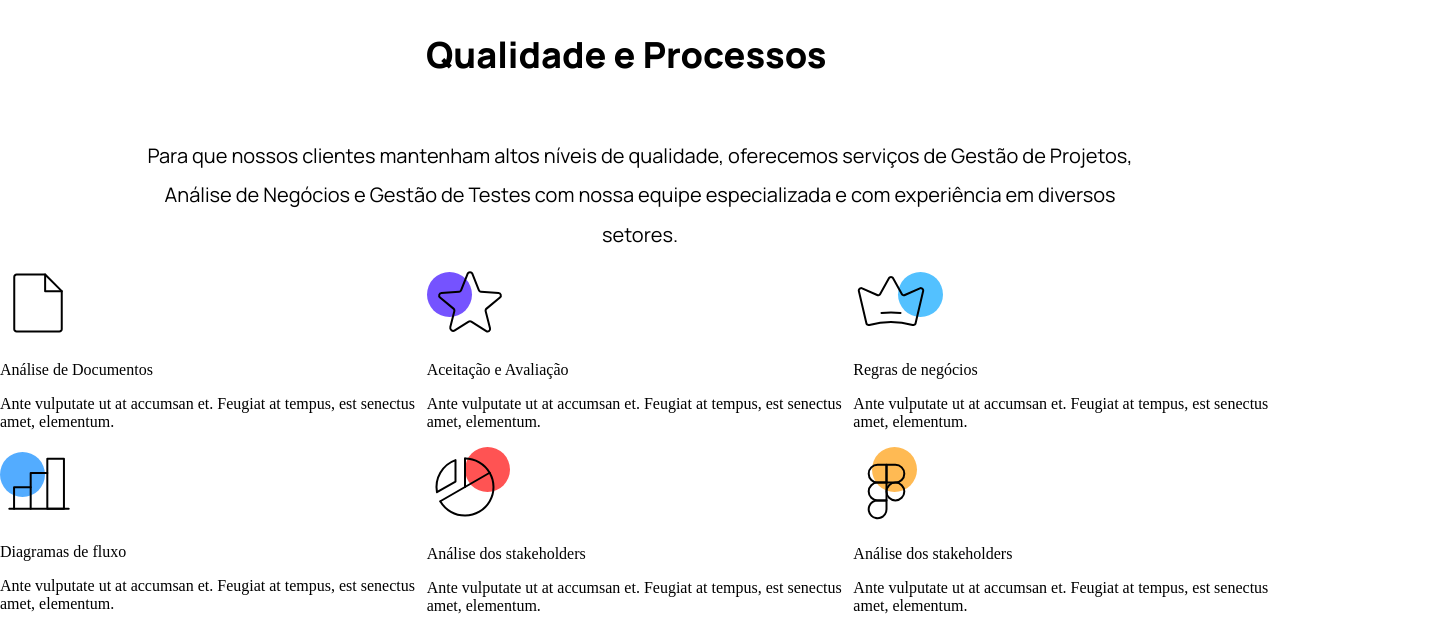
Repository: kleber-goncalves/Landing-Page-Gestao-de-projetos-dnc
Page: index.html
An editor plug-in stored every save of this project. The page is shown before and after a run of saves, followed by the edit.
The browser window is 1280 px wide. The page is 1440 px wide, so the pictures cover 1440 px, including what lies to the right of the window. The pictures show the part of the page from y = 754 to 1390 px (the page is 1385 px tall before and 1390 px after).

Above is the page before, as saved 2025-01-04 16:31:45.

### index.html
<!DOCTYPE html>
<html lang="pt-br">
<head>
    <meta charset="UTF-8">
    <meta name="viewport" content="width=device-width, initial-scale=1.0">
    <link rel="stylesheet" href="style.css">
    <link rel="preconnect" href="https://fonts.googleapis.com">
    <link rel="preconnect" href="https://fonts.gstatic.com" crossorigin>
    <link href="https://fonts.googleapis.com/css2?family=Manrope:wght@200..800&display=swap" rel="stylesheet">
    <title>Document</title>
</head>
<body>
    <main>
        <section id="topo" >
            <div id="elemnt-topo">
                <h1>Transformando em produtos digitais</h1>
                <p>Para que nossos clientes mantenham altos níveis de qualidade, oferecemos serviços de gestão de projetos e análise de negócios com nossa equipe especializada em diversos setores.</p>
            </div>
        </section>
        <section id="meio">
            <div id="txts-meio" >

                <h2>Qualidade e Processos</h2>
                <p>
                    Para que nossos clientes mantenham altos níveis de qualidade, oferecemos serviços de Gestão de Projetos, Análise de Negócios e Gestão de Testes com nossa equipe especializada e com experiência em diversos setores.
                </p>

            </div>






            <div id="icons-meio" >

                <div id="icons-documento">
                    <img class="img-icons" src="/img/icons-meio.img/document.svg" alt="document.svg">
                    <p class="txt-icons">Análise de Documentos</p>
                    <p class="sub-icons">Ante vulputate ut at accumsan et. Feugiat at tempus, est senectus amet, elementum.</p>
                </div>
                <div id="icons-estrela">
                    <img class="img-icons" src="/img/icons-meio.img/estrela.svg" alt="estrela.svg">
                    <p class="txt-icons">Aceitação e Avaliação</p>
                    <p class="sub-icons">Ante vulputate ut at accumsan et. Feugiat at tempus, est senectus amet, elementum.</p>
                </div>
                <div id="icons-coroa">
                    <img class="img-icons" src="/img/icons-meio.img/coroa.svg" alt="coroa.svg">
                    <p class="txt-icons">Regras de negócios</p>
                    <p class="sub-icons">Ante vulputate ut at accumsan et. Feugiat at tempus, est senectus amet, elementum.</p>
                </div>
                <div id="icons-fluxos">
                    <img class="img-icons" src="/img/icons-meio.img/fluxo.svg" alt="fluxo.svg">
                    <p class="txt-icons">Diagramas de fluxo</p>
                    <p class="sub-icons">Ante vulputate ut at accumsan et. Feugiat at tempus, est senectus amet, elementum.</p>
                </div>
                <div id="icons-bola">
                    <img class="img-icons" src="/img/icons-meio.img/bola.svg" alt="bola.svg">
                    <p class="txt-icons">Análise dos stakeholders</p>
                    <p class="sub-icons">Ante vulputate ut at accumsan et. Feugiat at tempus, est senectus amet, elementum.</p>
                </div>
                <div id="icons-figma">
                    <img class="img-icons" src="/img/icons-meio.img/figma.svg" alt="figma.svg">
                    <p class="txt-icons">Análise dos stakeholders</p>
                    <p class="sub-icons">Ante vulputate ut at accumsan et. Feugiat at tempus, est senectus amet, elementum.</p>
                </div>


            </div>

        </section>
    </main>
</body>
</html>

### style.css
body {
    margin: 0;
    font-size: 16px;
    box-sizing: border-box;
}





#topo {
    width:  1440px;
    height:  754px;
    background-image: url(/img/topo-fundo.svg);
    background-size: cover;
    background-repeat: no-repeat;
    display:flex ;
    flex-direction: column;
    justify-items: flex-start;
}

#topo > #elemnt-topo {
    margin-left: 121px;
    margin-top: 236px;
}

#elemnt-topo > h1 {
    width: 665px;
    height: 164px;
    font-family: "Manrope", serif;
    font-size: 64px;
    font-weight: 800;
    color: black;
}

#elemnt-topo > p {
    font-family: "Manrope", serif;
    width:  650px;
    height: 99px;
    font-family: Manrope;
    font-size: 20px;
    font-weight: 400;
}








#txts-meio {
    display: flex;
    flex-direction: column;
    align-items: center;
}

#txts-meio > h2 {
    width: 428px;
    height: 56px;
    color: black;
    font-family: "Manrope", serif;
    font-size: 36px;
    font-weight: 800;
    line-height: 49.18px;
}


#txts-meio > p {
    width:  994px;
    height:  109px;
    color: black;
    font-family: "Manrope", serif;
    font-size: 20px;
    font-weight: 400;
    line-height: 39.5px;
    text-align: center;
}




#icons-meio {
    display: grid;
    grid-template-columns: repeat(3, 1fr);
}

After the next 6 saves:
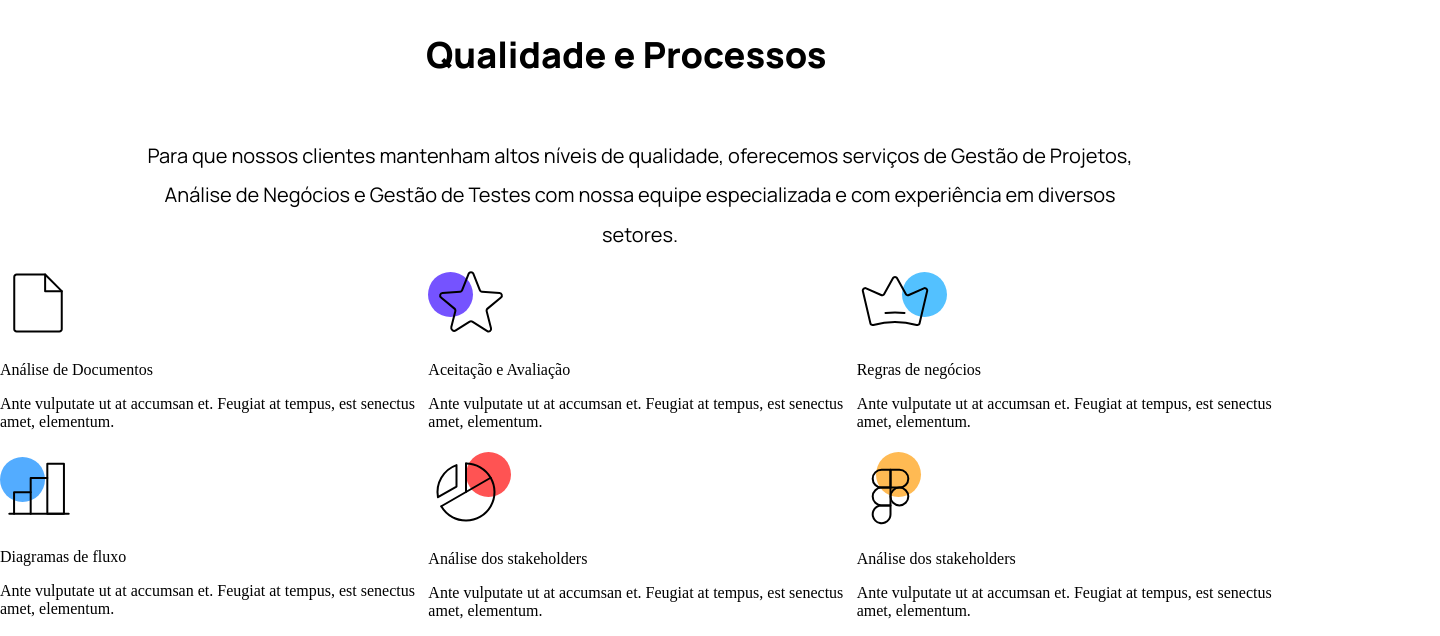
The 6 saves are shown as one change because they came seconds apart.
The last was saved 20 s later.
--- a/style.css
+++ b/style.css
@@ -83,4 +83,5 @@ body {
 #icons-meio {
     display: grid;
     grid-template-columns: repeat(3, 1fr);
+    gap: 5px;
 }
